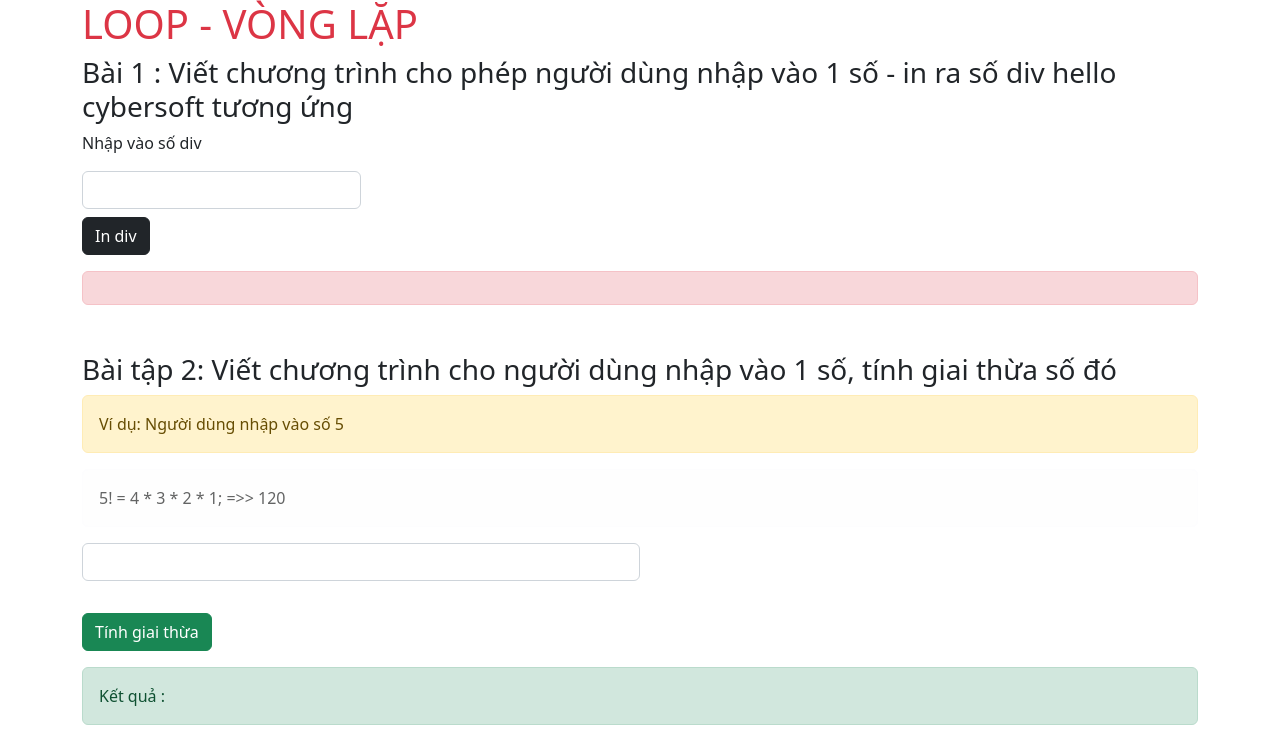
Repository: hcozyph/cyberSoft_JS_fulldocs
Page: JS_6_LOOP/index.html
An editor plug-in stored every save of this project. The page is shown before and after the next save, followed by the edit.
The browser window is 1280 px wide. The pictures show the whole page.

Above is the page before, as saved 2023-02-08 20:14:07.

### JS_6_LOOP/index.html
<!DOCTYPE html>
<html lang="en">
    <head>
        <title>JS_6_LOOP</title>
        <!-- Required meta tags -->
        <meta charset="utf-8" />
        <meta
            name="viewport"
            content="width=device-width, initial-scale=1, shrink-to-fit=no"
        />

        <!-- Bootstrap CSS v5.2.1 -->
        <link
            href="https://cdn.jsdelivr.net/npm/bootstrap@5.2.1/dist/css/bootstrap.min.css"
            rel="stylesheet"
            integrity="sha384-iYQeCzEYFbKjA/T2uDLTpkwGzCiq6soy8tYaI1GyVh/UjpbCx/TYkiZhlZB6+fzT"
            crossorigin="anonymous"
        />
    </head>

    <body style="margin: 0 auto; padding: 0">
        <div class="container">
            <h1 class="text-danger" style="margin: 0 auto">LOOP - VÒNG LẶP</h1>

            <!-- BT1: Bài tập in ra số div tương ứng -->
            <h3 class="my-2">
                Bài 1 : Viết chương trình cho phép người dùng nhập vào 1 số - in
                ra số div hello cybersoft tương ứng
            </h3>

            <div class="form-group">
                <p>Nhập vào số div</p>
                <input
                    type="text"
                    name=""
                    class="form-control w-25"
                    id="so-div"
                />

                <button class="btn btn-dark my-2" id="btn-in-div">
                    In div
                </button>
            </div>

            <div class="alert alert-danger mt-2 mb-5" id="ket-qua-bai-1"></div>

            <!-- BT2: Tính giai thừa -->
            <h3>
                Bài tập 2: Viết chương trình cho người dùng nhập vào 1 số, tính giai thừa số đó
            </h3>

            <p class="alert alert-warning">
                Ví dụ: Người dùng nhập vào số 5
                <p class="alert alert-light">
                    5! = 4 * 3 * 2 * 1; =>> 120
                </p>
            </p>

            <div class="form-group">
                <input type="text" id="so-giai-thua" class="form-control w-50"> <br>
                <button class="my-2 btn btn-success" id="btn-tinh-giai-thua">Tính giai thừa</button>
            </div>

            <p class="alert alert-success my-2">
                Kết quả : <span id="ket-qua-bai-2"></span>
            </p>




        </div>

        <!-- Bootstrap JavaScript Libraries -->
        <script
            src="https://cdn.jsdelivr.net/npm/@popperjs/core@2.11.6/dist/umd/popper.min.js"
            integrity="sha384-oBqDVmMz9ATKxIep9tiCxS/Z9fNfEXiDAYTujMAeBAsjFuCZSmKbSSUnQlmh/jp3"
            crossorigin="anonymous"
        ></script>

        <script
            src="https://cdn.jsdelivr.net/npm/bootstrap@5.2.1/dist/js/bootstrap.min.js"
            integrity="sha384-7VPbUDkoPSGFnVtYi0QogXtr74QeVeeIs99Qfg5YCF+TidwNdjvaKZX19NZ/e6oz"
            crossorigin="anonymous"
        ></script>

        <script src="./JS_6/index.js"></script>
    </body>
</html>

### JS_6_LOOP/JS_6/index.js
console.log('lần1');
console.log('lần2');
console.log('lần3');
console.log('lần4');

/*
    Cấu trúc vòng lặp: Dùng để thực hiện 1 hành động được lặp đi lặp lại nhiều lần.

    //CÁC BƯỚC CẤU THÀNH VÒNG LẶP
    B1: Xác định điều kiện thay đổi trong biểu thức lặp (có 1 biến nào đó gọi là biến điều kiện)

    B2: Dựa vào biến thay đổi để thực hiện điều kiện lặp

    B3: Cài đặt xử lý trong mỗi lần lặp

    B4: Thay đổi giá trị của biến điều kiện để đến 1 lúc nào đó nó sẽ dừng

*/

////

//Bước 1: Xác định điều kiện lặp
var soLan = 0;

//Bước 2: Điều kiện lặp
while (soLan <= 5) {
    //Bước 3: xử lý
    console.log('hello CyberSoft ! lần' + soLan);

    //Bước 4: thay đổi điều kiện sau mỗi lần lặp để DỪNG
    soLan += 1;
};

////////////////////////////////////////////////////////

//BÀI 1: Bài tập in ra số div tương ứng

document.getElementById('btn-in-div').onclick = function () {

    //input: số lượng div
    var soLuongDiv = Number(document.getElementById('so-div').value);

    //output:
    var htmlOutput = '';

    //process:

    //B1: xác định điều kiện thay đổi - khai báo biến điều kiện
    var soLan = 1;

    //B2: Điều kiện lặp
    while (soLan <= soLuongDiv) {

        //B3: Xử lý mỗi lần lặp
        htmlOutput = htmlOutput + '<div>Helu</div>';

        //B4: Thay đổi điều kiện để stop loop
        soLan += 1;
    }

    //////////////////Nhớ đặt trong function//////////////
    //In output ra giao điện
    document.getElementById('ket-qua-bai-1').innerHTML = htmlOutput;
}

After the next save:
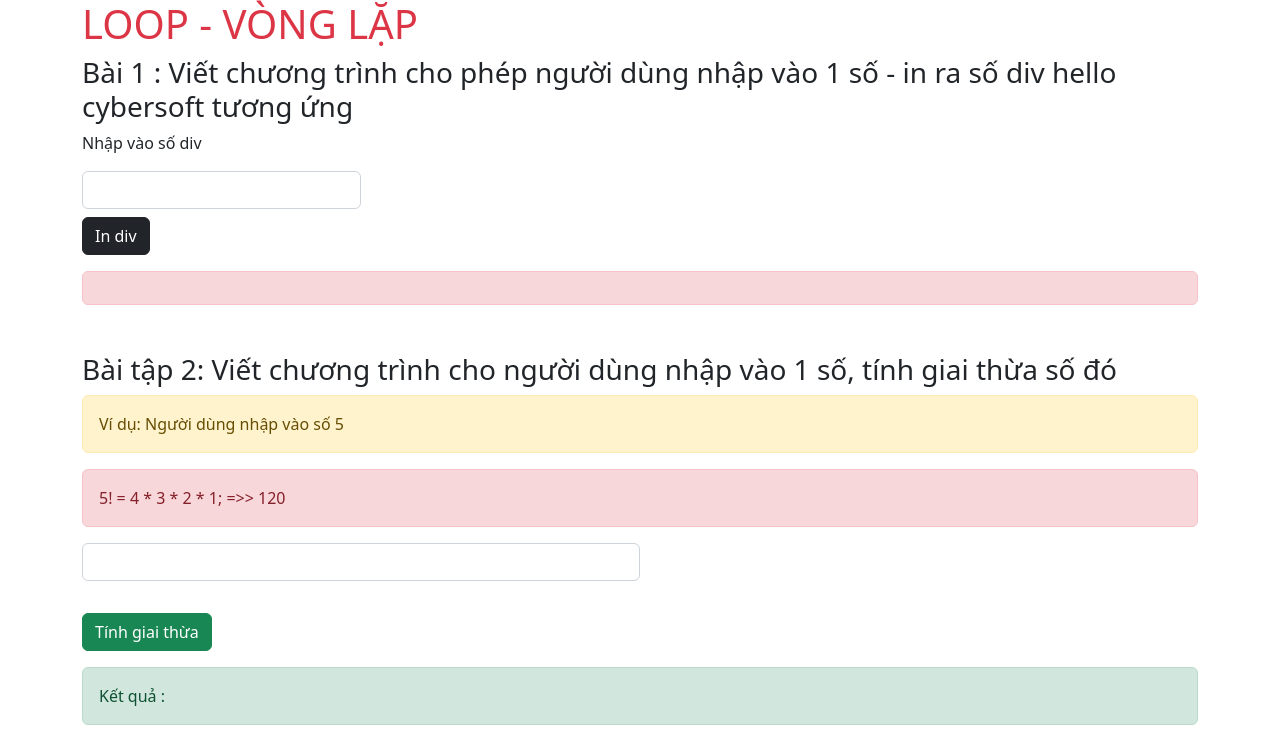
Saved 12 s later.
--- a/JS_6_LOOP/index.html
+++ b/JS_6_LOOP/index.html
@@ -51,7 +51,7 @@
 
             <p class="alert alert-warning">
                 Ví dụ: Người dùng nhập vào số 5
-                <p class="alert alert-light">
+                <p class="alert alert-danger">
                     5! = 4 * 3 * 2 * 1; =>> 120
                 </p>
             </p>
